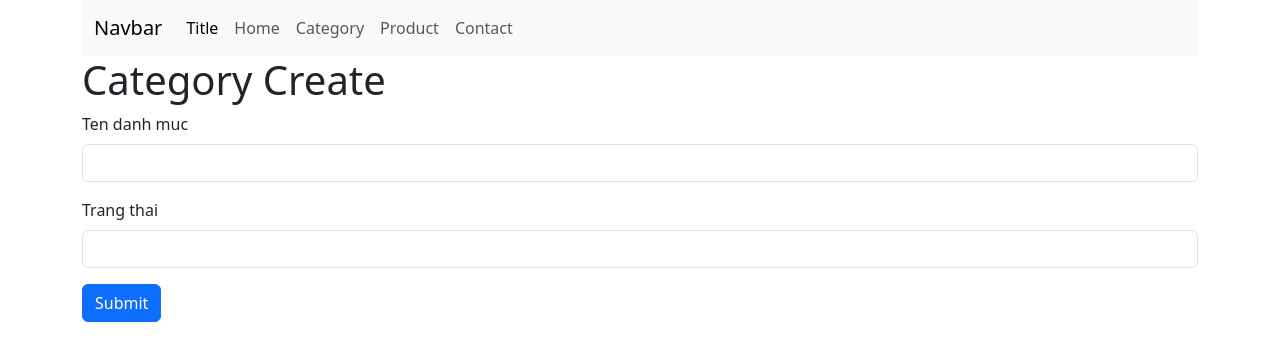
Repository: ndmq03102002/crud_laravel
Page: http://localhost/admin/category/create
The author's editor kept a copy of each file at every save. The page is drawn from the files as they stood at one save, then again after the next save.
The browser window is 1280 px wide. The pictures show the whole page.
The page is served by the project's Laravel application, run on PHP 8.4 with Laravel 10. A made-up administrator, Test User (test@example.com), is signed in.

Above is the page before, as saved 2024-07-12 10:20:16.

After the next save:
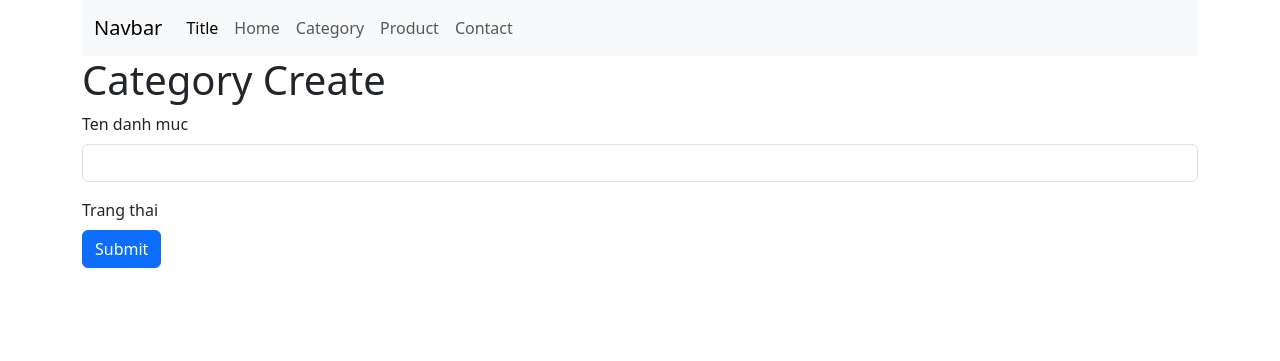
Saved 8 s later.
--- a/resources/views/admin/category/create.blade.php
+++ b/resources/views/admin/category/create.blade.php
@@ -13,7 +13,7 @@
     </div>
     <div class="mb-3">
       <label for="exampleInputPassword1" class="form-label">Trang thai</label>
-      <input type="password" class="form-control" id="exampleInputPassword1">
+      <div
     </div>
 
     <button type="submit" class="btn btn-primary">Submit</button>
